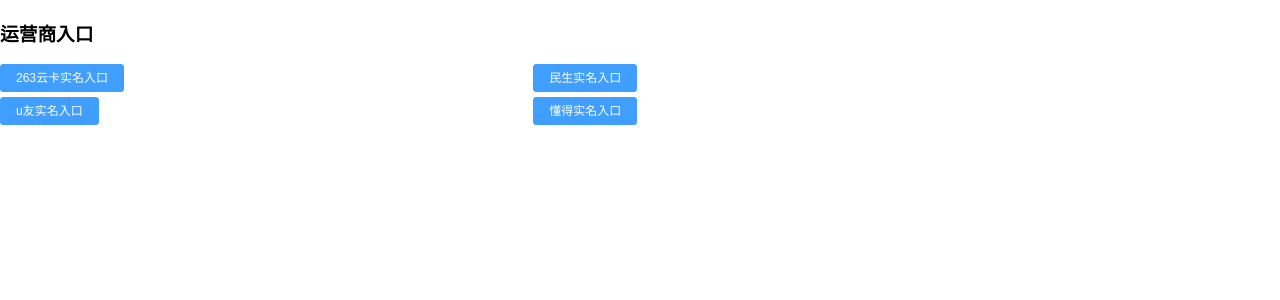
Repository: cmlsir1024/index-test
Page: index.html
An editor plug-in stored every save of this project. The page is shown before and after the next save, followed by the edit.
The browser window is 1280 px wide. The pictures show the whole page.
Some web fonts or font styles are not loaded; a fallback is used.

Above is the page before, as saved 2023-10-11 12:05:34.

After the next save:
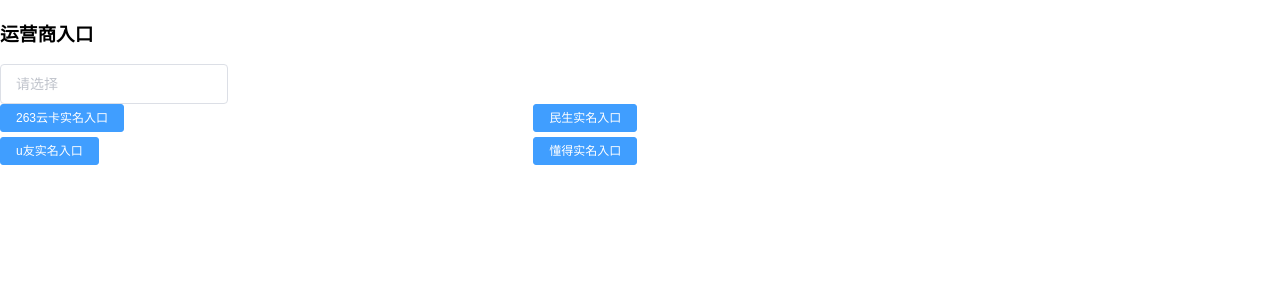
Saved 54 s later.
--- a/index.html
+++ b/index.html
@@ -101,6 +101,15 @@
     <div id="app">
       <h3>运营商入口</h3>
       <div class="box">
+        <el-select v-model="value" placeholder="请选择">
+          <el-option
+            v-for="item in options"
+            :key="item.value"
+            :label="item.label"
+            :value="item.value"
+          ></el-option>
+        </el-select>
+
         <el-row>
           <el-col :span="10" v-for="item in dataList">
             <el-button

After the save that followed:
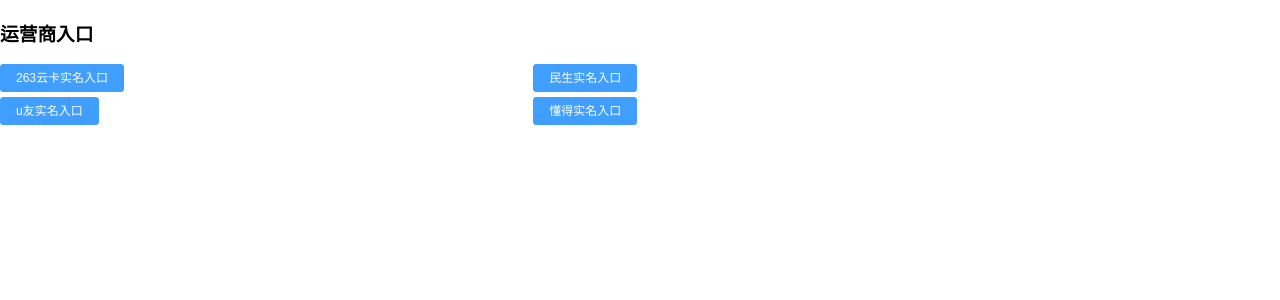
Saved 14 s later.
--- a/index.html
+++ b/index.html
@@ -101,15 +101,6 @@
     <div id="app">
       <h3>运营商入口</h3>
       <div class="box">
-        <el-select v-model="value" placeholder="请选择">
-          <el-option
-            v-for="item in options"
-            :key="item.value"
-            :label="item.label"
-            :value="item.value"
-          ></el-option>
-        </el-select>
-
         <el-row>
           <el-col :span="10" v-for="item in dataList">
             <el-button
